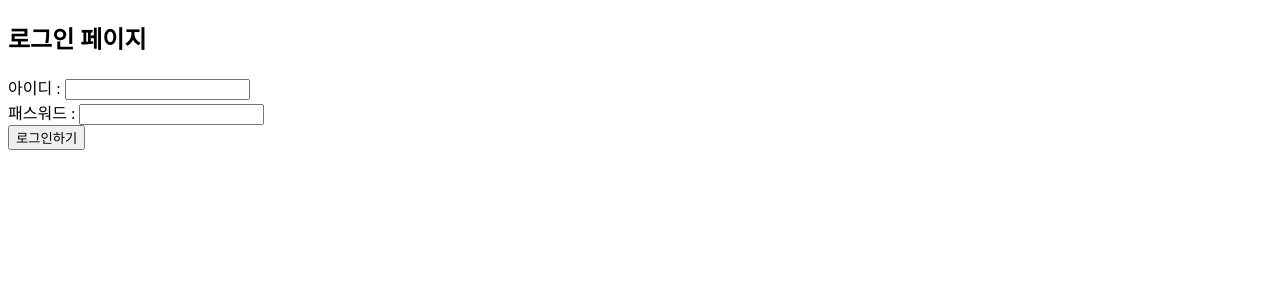
Repository: bluelessman/JSPServlet
Page: http://localhost/ServletStudy/06Session/LoginForm.jsp
These files come from the project's save history. The page is drawn as it stood at one moment and after the next save; the edit follows.
The browser window is 1280 px wide. The pictures show the whole page.
The page is served by Tomcat 10.

Above is the page before, as saved 2023-12-14 05:28:43.

After the next save:
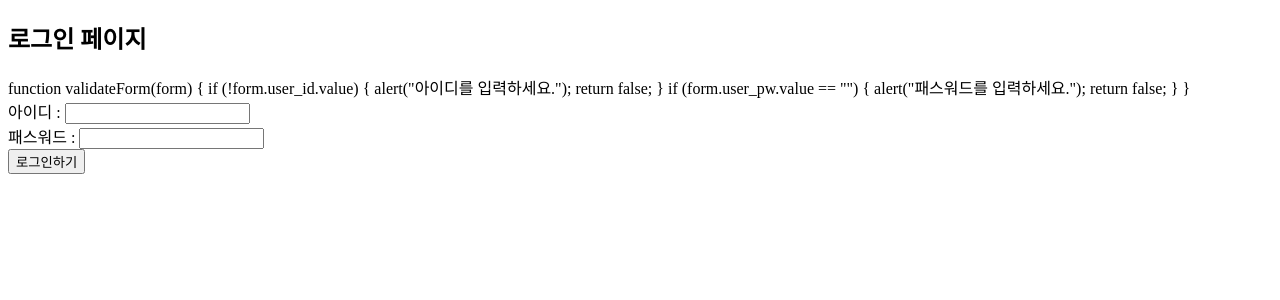
Saved 93 s later.
--- a/ServletStudy/src/main/webapp/06Session/LoginForm.jsp
+++ b/ServletStudy/src/main/webapp/06Session/LoginForm.jsp
@@ -13,7 +13,7 @@
 	<%
 	if (session.getAttribute("UserId") == null) {
 	%>
-	<script>
+
 		function validateForm(form) {
 			if (!form.user_id.value) {
 				alert("아이디를 입력하세요.");
@@ -24,7 +24,7 @@
 				return false;
 			}
 		}
-	</script>
+
 	<form action="LoginProcess.jsp" method="post" name="loginFrm"
 	onsubmit="return validateFrom(this);">
 	아이디 : <input type="text" name="user_id"/><br/>

After the save that followed:
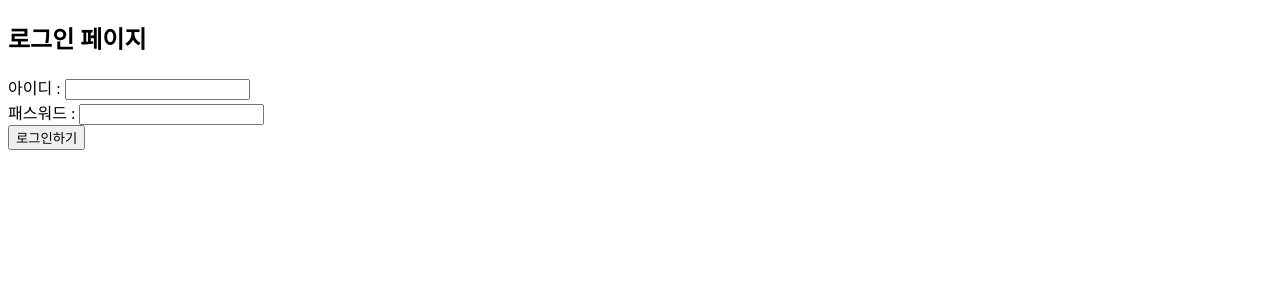
Saved 13 s later.
--- a/ServletStudy/src/main/webapp/06Session/LoginForm.jsp
+++ b/ServletStudy/src/main/webapp/06Session/LoginForm.jsp
@@ -13,7 +13,7 @@
 	<%
 	if (session.getAttribute("UserId") == null) {
 	%>
-
+<script type="text/javascript">
 		function validateForm(form) {
 			if (!form.user_id.value) {
 				alert("아이디를 입력하세요.");
@@ -24,7 +24,7 @@
 				return false;
 			}
 		}
-
+		</script>
 	<form action="LoginProcess.jsp" method="post" name="loginFrm"
 	onsubmit="return validateFrom(this);">
 	아이디 : <input type="text" name="user_id"/><br/>
